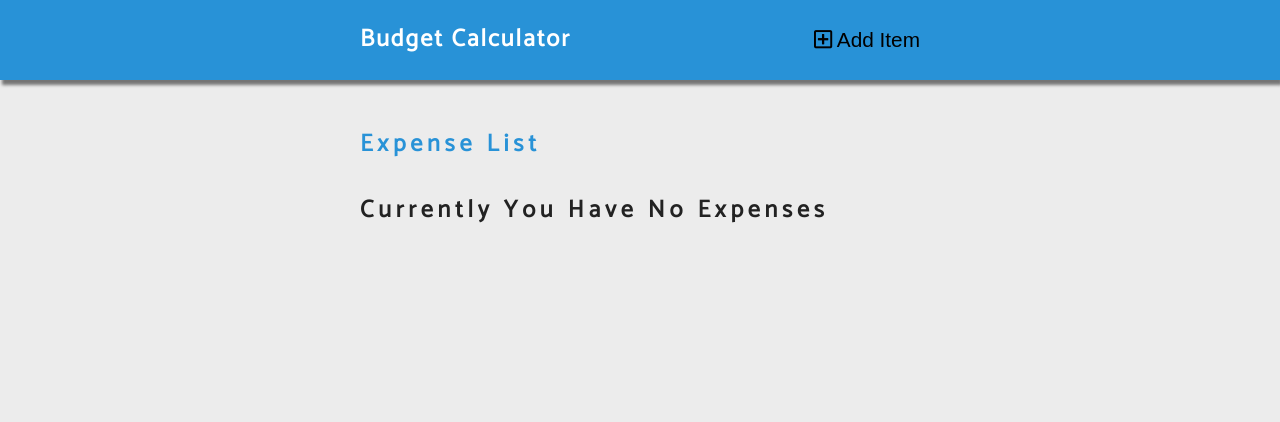
Repository: webdril/budget
Page: /
An editor plug-in stored every save of this project. The page is shown before and after the next save, followed by the edit.
The browser window is 1280 px wide. The pictures show the whole page.
The project was rebuilt for these pictures with package versions that can differ from the ones it lists, and the page was loaded fresh each time.

Above is the page before, as saved 2020-03-02 00:59:24.

### public/index.html
<!DOCTYPE html>
<html lang="en">
<head>
	<meta charset='utf-8'>
	<meta name='viewport' content='width=device-width,initial-scale=1'>

	<title>Budget Calculator</title>

	<link rel='icon' type='image/png' href='/favicon.png'>
	<link rel='stylesheet' href='/global.css'>
	<link rel='stylesheet' href='/build/bundle.css'>
	<!-- Font Awesome -->
	<link rel="stylesheet" href="fontawesome-free-5.11.2-web/css/all.min.css">

	<script defer src='/build/bundle.js'></script>
</head>

<body>
</body>
</html>

### src/App.svelte
<script>
// components
import Navbar from './Navbar.svelte'
import ExpensesList from './ExpensesList.svelte'

// Data
import expensesData from './expenses';

// variables
let expenses = [...expensesData];
</script>

<!-- CSS/STYLING -->

<Navbar />
<main class="content">
	<ExpensesList />
</main>

### src/Navbar.svelte
<nav class="nav">
	<div class="nav-center">
		<h1 class="nav-title">Budget Calculator</h1>
		<button type="button" class="nav-btn">
			<i class="far fa-plus-square" />
			Add Item
		</button>
	</div>
</nav>

### src/ExpensesList.svelte
<script>
import SectionTitle from './Title.svelte';
import Expense from './Expense.svelte';
export let expenses = [];
</script>

<style>
    h2 {
        text-transform: capitalize;
    }
</style>

<section>
    <SectionTitle title= 'expense list' />
    <ul>
        {#each expenses as expense}
            <Expense />
            {:else}
                <h2>Currently you have no expenses</h2>
        {/each}
    </ul>
</section>

### src/Title.svelte
<script>
export let title = "default title";

</script>


<div class="main-title">
 <h2>{title}</h2>
</div>

### public/global.css
/*
======
Fonts
======
*/
@import url("https://fonts.googleapis.com/css?family=Catamaran:300,400&display=swap");
/*
======
Variables
======
*/
:root {
  --primaryColor: #2892d7;
  --mainWhite: #fff;
  --offWhite: #f7f7f7;
  --mainBlack: #222;
  --mainGrey: #ececec;
  --darkGrey: #afafaf;
  --mainTransition: all 0.3s linear;
  --mainSpacing: 0.3rem;
  --lightShadow: 2px 5px 3px 0px rgba(0, 0, 0, 0.5);
  --darkShadow: 4px 10px 5px 0px rgba(0, 0, 0, 0.5);
  --mainBorderRadius: 0.25rem;
}
/*
======
Global Styles
======
*/
* {
  margin: 0;
  padding: 0;
  box-sizing: border-box;
}

body {
  font-family: "Catamaran", sans-serif;
  color: var(--mainBlack);
  background: var(--mainGrey);
  line-height: 1.4;
  font-size: 1rem;
  font-weight: 300;
}
h1,
h2,
h3,
h4,
h5,
h6 {
  font-family: "Catamaran", sans-serif;
  margin-bottom: 1.25rem;
  letter-spacing: var(--mainSpacing);
}
p {
  margin-bottom: 1.25rem;
}
ul {
  list-style-type: none;
}
a {
  text-decoration: none;
  color: var(--mainBlack);
}
/*
======
Buttons
======
*/
.btn,
.btn-white,
.btn-primary {
  text-transform: uppercase;
  letter-spacing: var(--mainSpacing);
  color: var(--primaryColor);
  border: 2px solid var(--primaryColor);
  padding: 0.45rem 0.8rem;
  display: inline-block;
  transition: var(--mainTransition);
  cursor: pointer;
  font-size: 0.8rem;
  border-radius: var(--mainBorderRadius);
  background: transparent;
}
.btn:hover {
  background: var(--primaryColor);
  color: var(--mainWhite);
}
.btn-white {
  background: transparent;
  color: var(--primaryColor);
  border-color: var(--primaryColor);
}
.btn-white:hover {
  background: var(--mainWhite);
  color: var(--primaryColor);
}
.btn-primary {
  background: var(--primaryColor);
  color: var(--mainWhite);
  border-color: var(--primaryColor);
}
.btn-primary:hover {
  background: transparent;
  color: var(--primaryColor);
}
.btn-block {
  width: 100%;
  display: block;
  margin: 0 auto;
  box-shadow: var(--lightShadow);
}
.disabled {
  color: var(--darkGrey);
  border-color: var(--darkGrey);
}
.disabled:hover {
  background: transparent;
  color: var(--darkGrey);
  border-color: var(--darkGrey);
}
/*
======
Navbar
======
*/
.nav {
  background: var(--primaryColor);
  height: 5rem;
  display: flex;
  align-items: center;
  box-shadow: var(--lightShadow);
}

.nav-center {
  width: 85%;
  max-width: 35rem;
  margin: 0 auto;
  display: flex;
  justify-content: space-between;
}
.nav-title {
  text-transform: capitalize;
  color: var(--mainWhite);
  margin-bottom: 0;
  letter-spacing: 2px;
}
.nav-btn {
  background: transparent;
  font-size: 1.3rem;
  border: none;
  cursor: pointer;
  text-transform: capitalize;
  transition: var(--mainTransition);
}
.nav-btn:hover {
  color: var(--darkGrey);
}
/*
======
Content
======
*/
.content {
  padding: 3rem 0;
  width: 85vw;
  max-width: 35rem;
  margin: 0 auto;
}

/*
======
Main Title
======
*/
.main-title {
  text-transform: capitalize;
  color: var(--primaryColor);
  margin-bottom: 2rem;
}
/*
======
Single Expense
======
*/
.single-expense {
  display: flex;
  justify-content: space-between;
  text-transform: capitalize;
  align-items: center;
  margin-bottom: 2rem;
  padding: 1.3rem 1rem;
  border-radius: var(--mainBorderRadius);
  background: var(--mainWhite);
  box-shadow: var(--lightShadow);
}
.single-expense h2 {
  margin-bottom: 0;
  font-weight: 300;
}
.single-expense h4 {
  margin-bottom: 0;
  margin-top: 1rem;
  font-weight: 300;
  color: var(--primaryColor);
}

.expense-btn {
  font-size: 1rem;
  background: transparent;
  border: none;
  margin: 0 0.4rem;
  transition: var(--mainTransition);
  cursor: pointer;
}
.expense-btn:hover {
  transform: scale(1.2);
}
.amount-btn {
  font-size: 1.3rem;
  background: transparent;
  border: none;
  cursor: pointer;
  color: var(--primaryColor);
}
.delete-btn {
  color: red;
}
.edit-btn {
  color: green;
}
/*
======
Expense Form
======
*/

.expense-form {
  background: var(--mainWhite);
  padding: 1.25rem 1rem;
  text-transform: capitalize;
  border-radius: var(--mainBorderRadius);
  box-shadow: var(--lightShadow);
}

.form-control label {
  display: block;
}
.form-control input {
  width: 100%;
  border: none;
  border-bottom: 2px solid var(--darkGrey);
  margin-bottom: 1.25rem;
  padding: 0.5rem;
  font-size: 1.2rem;
}
.form-empty {
  text-align: center;
  color: red;
}
.form {
  position: relative;
  margin-bottom: 5rem;
}
.close-btn {
  position: absolute;
  top: 0;
  right: 0;
  font-size: 1.2rem;
  text-transform: capitalize;
  display: flex;
  align-items: center;
  width: 4.2rem;
  justify-content: space-between;
  background: transparent;
  border: none;
  color: red;
  cursor: pointer;
}
/*
======
Modal
======
*/
.modal-container {
  position: fixed;
  top: 0;
  left: 0;
  right: 0;
  bottom: 0;
  background: rgba(0, 0, 0, 0.7);
  z-index: 2;
}
.modal-content {
  background: var(--mainWhite);
  width: 85vw;
  max-width: 35rem;
  margin: 0 auto;
  margin-top: 5rem;
  padding: 3rem;
  border-radius: var(--mainBorderRadius);
  position: relative;
}
.modal-content .expense-form {
  box-shadow: none;
}
.modal-container .form {
  margin-bottom: 0;
}
.modal-container .expense-form {
  padding: 1.25rem 0;
}
.modal-container .form {
  position: static;
}
.modal-container .close-btn {
  top: 2%;
  right: 3%;
}
/*
======
Github Users
======
*/

.user {
  margin: 2rem 0;
  box-shadow: var(--lightShadow);
  display: grid;
  grid-template-columns: auto 1fr;
  border-radius: var(--mainBorderRadius);
  grid-column-gap: 2rem;
  background: var(--mainWhite);
}
.user img {
  width: 6rem;
  border-top-left-radius: var(--mainBorderRadius);
  border-bottom-left-radius: var(--mainBorderRadius);
}
.user-info {
  padding-top: 0.75rem;
}
.user-info h3 {
  margin-bottom: 0.75rem;
}

### src/Expense.svelte
<h1>this is a single expense</h1>

Loaded but not shown: src/main.js (common file); src/expenses.js (common file); public/fontawesome-free-5.11.2-web/css/all.min.css (library)

After the next save:
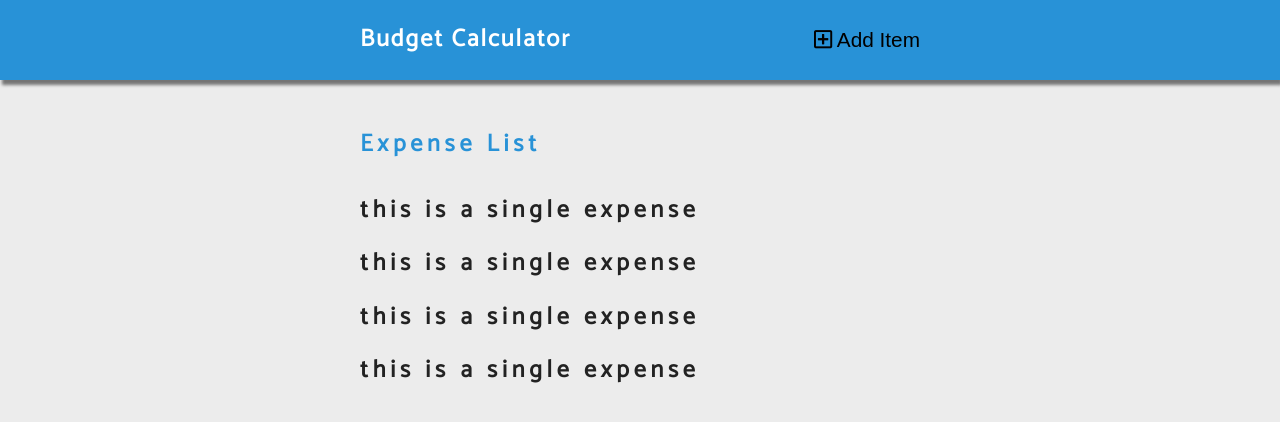
Saved 24 s later.
--- a/src/App.svelte
+++ b/src/App.svelte
@@ -14,5 +14,5 @@ let expenses = [...expensesData];
 
 <Navbar />
 <main class="content">
-	<ExpensesList />
+	<ExpensesList {expenses}/>
 </main>
